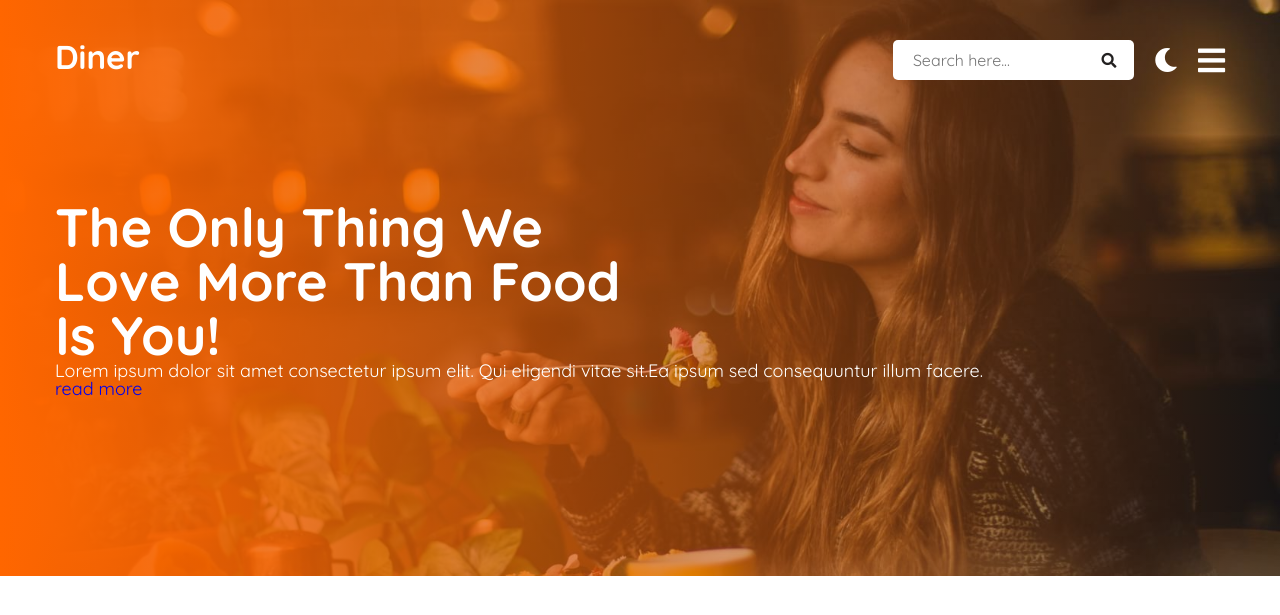
Repository: baobaodeveloper/bootscap21_project_AnhBao_VietToan_VietDuc
Page: index.html
These files come from the project's save history. The page is drawn as it stood at one moment and after the next save; the edit follows.
The browser window is 1280 px wide. The pictures show the whole page.

Above is the page before, as saved 2022-03-02 23:11:39.

After the next save:
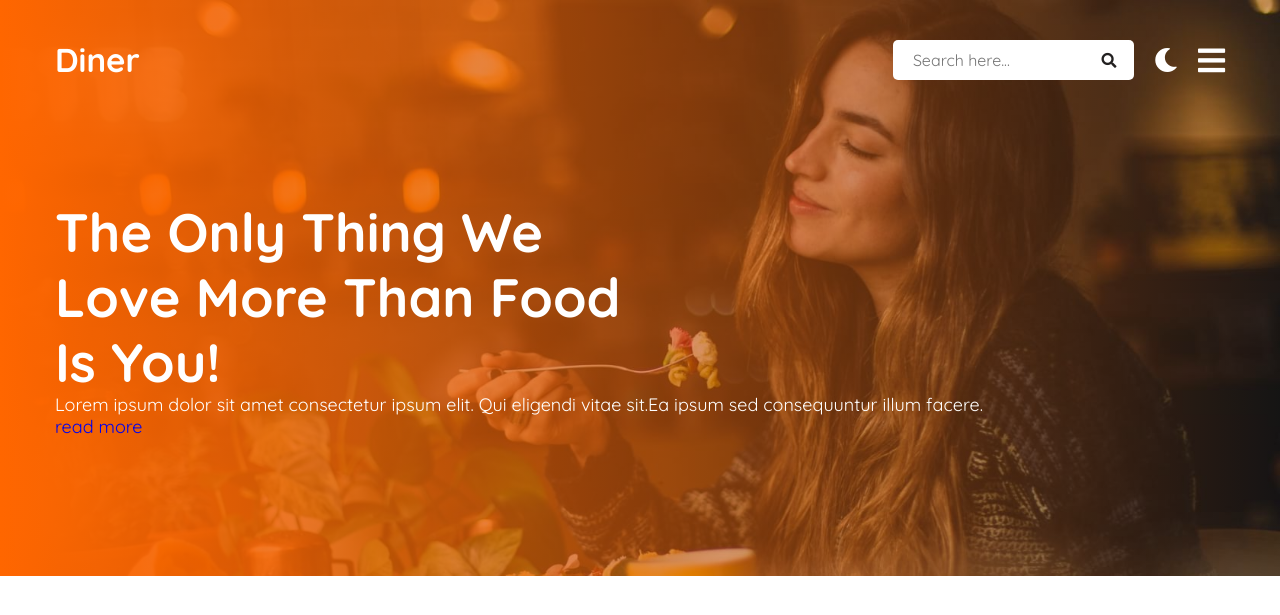
Saved 4 s later.
--- a/style.css
+++ b/style.css
@@ -51,7 +51,7 @@ body {
 
   font-family: var(--primary-font);
   font-size: 1.8rem;
-  line-height: 1;
+  line-height: 1.2;
 }
 
 /* header section starts */
